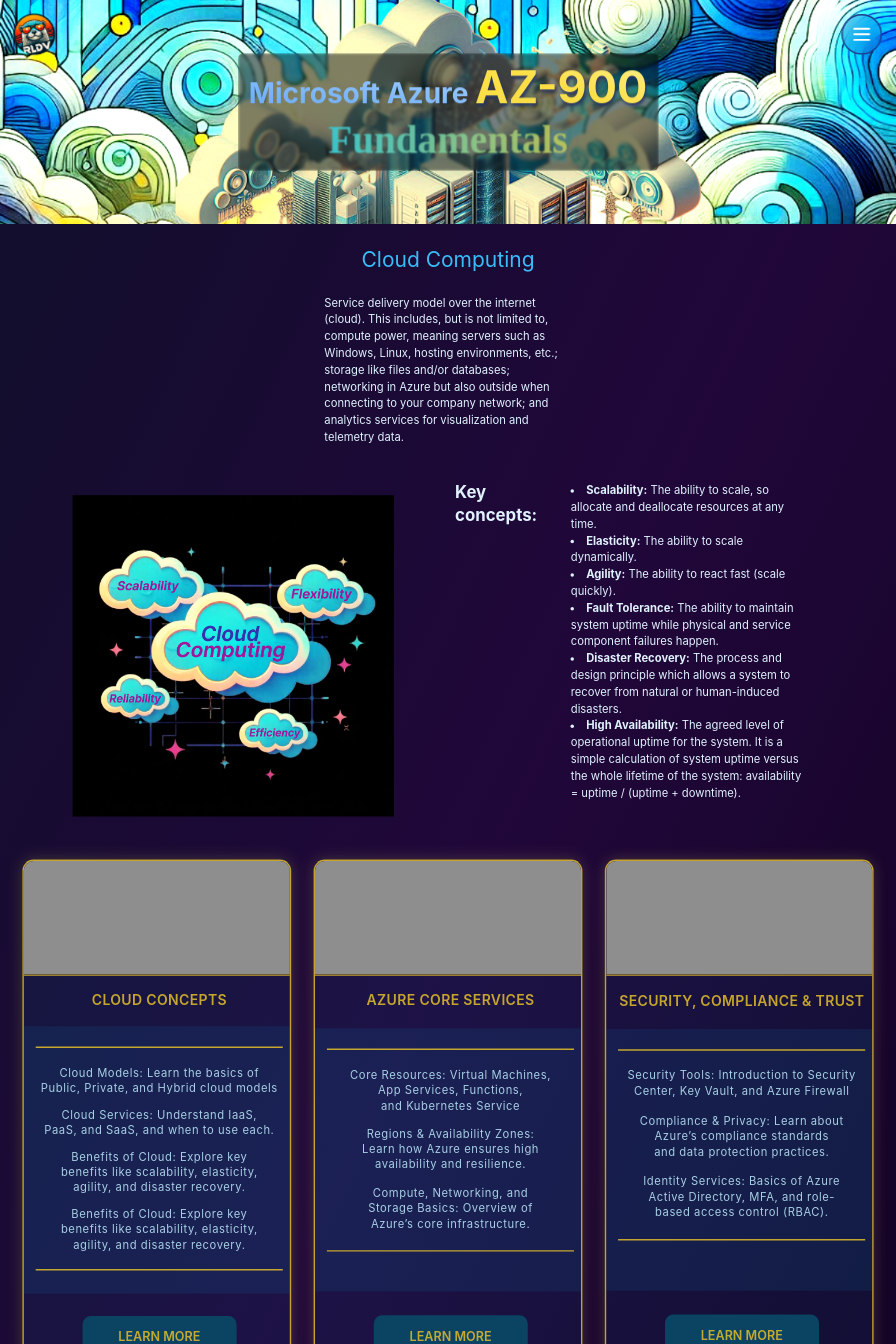
Repository: Freezler/az-900_svelte5
Page: /
These files come from the project's save history. The page is drawn as it stood at one moment and after the next save; the edit follows.
The browser window is 1280 px wide. The pictures show the part of the page from y = 0 to 1920 px (the page is 2706 px tall), at 70% of full size.
Pictures or frames that could not be fetched are drawn as grey boxes. The project was rebuilt for these pictures with package versions that can differ from the ones it lists, and the page was loaded fresh each time. The framework's server and built-in components were replaced by stand-ins that run in the browser. Also part of the build but not shown: vite.config.ts.

Above is the page before, as saved 2024-11-10 11:01:48.

### src/app.html
<!doctype html>
<html lang="en">
	<head>
		<meta charset="utf-8" />
		<link rel="icon" href="%sveltekit.assets%/favicon.png" />
		<meta name="viewport" content="width=device-width, initial-scale=1" />
		%sveltekit.head%
	</head>
	<body data-sveltekit-preload-data="hover" >
		<div style="display: contents">%sveltekit.body%</div>
	</body>
</html>

### src/routes/+layout.svelte
<script lang="ts">
	import '../app.css';
	let { children } = $props();

</script>

<div class="bg-gradient-to-br from-[#0d0c28fc] via-[#1b0135f9] to-[#10021e] bg-cover bg-center bg-no-repeat ">{@render children()}</div>

### src/routes/+page.svelte
<script lang="ts">
	import ComputingArticle from '../components/ComputingArticle.svelte';

	import Toggle from '../components/Toggle.svelte';
	import Header from '../components/Header.svelte';
	import Popover from '../components/Menu.svelte';
	import Cards from '../components/Cards.svelte';
	import Login from '../components/Login.svelte';
</script>

<header class="">
	<Popover />
	<Header />
</header>
<main>
	<section>
		<ComputingArticle />
		<Cards />
	</section>
	<aside><Toggle /></aside>
	<footer><Login /></footer>
</main>

### src/app.css
@tailwind base;
@tailwind components;
@tailwind utilities;

:root {
  --text-color  : rgba(244, 205, 48, 0.888);
  --bg-color    : hsla(217, 87%, 3%, 0.298);
  --bg-color2   : hsla(299, 91%, 31%, 0.974);
  --bg-gradient : 135deg, rgba(237, 249, 10, .7) 0%, rgba(216, 204, 37, 0.7) 35%, rgba(0, 212, 255, 0.7) 100%;
  --bg-gradient2: 90deg, rgba(216, 204, 37, 0.5) 0%, rgba(0, 212, 255, 0.5) 70%;
}

* {
  margin     : 0;
  padding    : 0;
  box-sizing : border-box;
  user-select: none;
  /* outline : 1px dotted red; */
}

body {
  font-family: 'Inter', sans-serif;


}

### src/components/ComputingArticle.svelte
<div class="grid items-center justify-center gap-8 place-self-center text-sky-100 w-[35ch] pt-8">
	<h2 class="text-3xl text-center text-sky-400">Cloud Computing</h2>
	<p>
		Service delivery model over the internet (cloud). This includes, but is not limited to, compute
		power, meaning servers such as Windows, Linux, hosting environments, etc.; storage like files
		and/or databases; networking in Azure but also outside when connecting to your company network;
		and analytics services for visualization and telemetry data.
	</p>
</div>

<section class="grid items-center grid-cols-1 lg:grid-cols-2 justify-center place-items-center place-self-center place-content-center gap-0	z-10 text-start">
	<img
		src="../public/images/cloud.png"
		alt="cloudSolutions"
		loading="lazy"

		class=" w-full md:w-[672px]  mx-auto rounded-2xl overflow-hidden  pr-12 -mt-8 drop-shadow-[(0_0px_22px_rgba(255,255,99,0.2))] "
	/>
	<article
		class=" text-sky-100 px-8 gap-8 flex  w-[572px] md:mr-28 rounded-xl "
	>
		<p class="text-2xl"><strong>Key concepts:</strong></p>
		<ul class="list-inside list-disc pl-4">
			<li>
				<strong>Scalability:</strong> The ability to scale, so allocate and deallocate resources at any
				time.
			</li>
			<li><strong>Elasticity:</strong> The ability to scale dynamically.</li>
			<li><strong>Agility:</strong> The ability to react fast (scale quickly).</li>
			<li>
				<strong>Fault Tolerance:</strong> The ability to maintain system uptime while physical and service
				component failures happen.
			</li>
			<li>
				<strong>Disaster Recovery:</strong> The process and design principle which allows a system to
				recover from natural or human-induced disasters.
			</li>
			<li>
				<strong>High Availability:</strong> The agreed level of operational uptime for the system. It
				is a simple calculation of system uptime versus the whole lifetime of the system: availability
				= uptime / (uptime + downtime).
			</li>
		</ul>
	</article>
</section>

### src/components/Toggle.svelte
<script lang="ts">

	let name = $state('Randy');
	let status: 'DARK' | 'LIGHT' = $state('DARK');
	let full_name = $derived(name + ' ' + 'de vries');

	function toggle() {
		status = status === 'DARK' ? 'LIGHT' : 'DARK';
	}

	function onclick() {
		status = status === 'DARK' ? 'LIGHT' : 'DARK';
		window.document.body.classList.toggle('dark-mode')
	}
</script>

<div class="max-w-[400px] mx-auto grid place-items-center items-center justify-center gap-2 border-2 p-4  py-8 my-4 bg-yellow-600/10">
		<p class="text-2xl font-serif text-white ">
			set theme: <span class="font-sans {status === 'LIGHT' ? 'text-gray-200' : 'text-red-900'}">{status}</span>
		</p>

		<!-- <button on:click={toggle}>toggle status</button> -->
		<button
			class=" w-[176px] rounded bg-blue-500 px-4 py-2 font-bold text-white hover:bg-blue-700 active:scale-[.98]"
			type="button"
			onclick={toggle}>Toggle theme</button
		>
	</div>

### src/components/Header.svelte
<script lang="ts">
	// Declare props
	let { name = 'AZ-900' } = $props();

	// Local state for the surname
	let surname = $state('Fundamentals');

	// Derived state for the full name
	let full_name = $derived(`${name} ${surname}`);
</script>

<div
	class="max-w-[100svw] z-100 mx-auto grid h-80 place-content-center place-items-center items-center justify-center bg-[url('/public/images/headImage.png')] bg-cover bg-top"
>
	<div class="grid backdrop-blur-[2px] px-4 rounded-lg backdrop-brightness-[.50] pb-4">
		<h1
			class="shadow-[rgba(7, 25, 224, 0.9)] drop bg-clip-text text-center text-[clamp(1rem,5vw,2.5rem)] font-bold text-transparent bg-gradient-to-tr from-blue-400 via-blue-300 to-blue-700  drop-shadow-[-2px_2px_2px_rgba(137, 25, 224, 0.9)]"
		>
			Microsoft Azure <span
				class="bg-gradient-to-tr from-yellow-300 via-yellow-300 to-yellow-200 bg-clip-text text-[clamp(2.8rem,5vw,8.5rem)] font-bold text-transparent drop-shadow-[2px_4px_2px_rgba(36,50,100,0.9)]"
				>{name}</span
			>
		</h1>
		<h3
			class="bg-clip-text text-6xl text-center text-[clamp(1rem,5vw,3.5rem)] font-[700] font-[montserrat] bg-gradient-to-r from-[hsl(192,88%,51%)] via-[--hsl(192,88%,71%)] to-[--text-color]  pb- text-transparent drop-shadow-[2px_4px_32px_rgba(6,100,150,0.9)] backdrop-brightness-[.90] "
		>
			{surname}
		</h3>
	</div>
</div>

### src/components/Menu.svelte
<script lang="ts">
	import { cubicInOut } from 'svelte/easing';
	import { fly } from 'svelte/transition';
	let showMenu: boolean = $state(false);


</script>

	<!-- Your existing code -->

<img
	src="/public/images/Design 2.png"
	alt="Ran form Logo"
	class="fixed left-[16px] top-[16px] w-[64px] rounded-full z-[200]"
/>
<button
	onclick={() => (showMenu = !showMenu)}
	class="fixed right-[20px] top-[20px] flex  h-[58px] w-[58px] items-center justify-center rounded-full bg-blue-600/20 backdrop-blur text-white border-2 border-blue-900"
>
	<svg
		xmlns="http://www.w3.org/2000/svg"
		class="h-8 w-8"
		fill="none"
		viewBox="0 0 24 24"
		stroke="currentColor"
	>
		{#if showMenu}
			<path
				stroke-linecap="round"
				stroke-linejoin="round"
				stroke-width="2"
				d="M6 18L18 6M6 6l12 12"
			/>
		{:else}
			<path
				stroke-linecap="round"
				stroke-linejoin="round"
				stroke-width="2"
				d="M4 6h16M4 12h16M4 18h16"
			/>
		{/if}
	</svg>
</button>

{#if showMenu}
	<ul
		class="items-center justify-center fixed bottom-0 right-0 z-100 grid h-[50vh] w-[100vw] border-t border-blue-900 place-content-center bg-blue-600/20 backdrop-blur text-white uppercase text-center text-xl z-[200]"
		transition:fly={{ y: 100, duration: 420, easing: cubicInOut }}
	>
		<li class="px-2 py-4 w-[80vw] underline underline-offset-4 transition-colors ease-linear duration-400 hover:bg-blue-600/20 rounded-t-lg  bg-blue-200/30">
			<a href="/">Home</a>
		</li>
		<li class=" px-2 py-4 transition-colors hover:underline underline-offset-4  ease-linear duration-400 hover:bg-blue-600/20  bg-blue-200/30">
			<a href="/concepts">Concepts</a>
		</li>
		<li class=" px-2 py-4 transition-colors hover:underline underline-offset-4 ease-linear duration-400 hover:bg-blue-600/20  bg-blue-200/30">
			<a href="/security">Security</a>
		</li>
		<li class="px-2 py-4 transition-colors  hover:underline underline-offset-4 ease-linear duration-400 hover:bg-blue-600/20 rounded-b-lg  bg-blue-200/30">
			<a href="/services">Services</a>
		</li>
	</ul>
{/if}

### src/components/Cards.svelte
<script>
	import { goto } from '$app/navigation';
	// Define your plans as an array of objects
	const concepts = [
		{
			url: 'concepts',
			image:
				'https://learn.microsoft.com/training/achievements/microsoft-azure-fundamentals-describe-cloud-concepts-social.png',
			name: 'Cloud Concepts',
			features: [
				'Cloud Models: Learn the basics of Public, Private, and Hybrid cloud models',
				'Cloud Services: Understand IaaS, PaaS, and SaaS, and when to use each.',
				'Benefits of Cloud: Explore key benefits like scalability, elasticity, agility, and disaster recovery.',
				'Benefits of Cloud: Explore key benefits like scalability, elasticity, agility, and disaster recovery.'

			]
		},
		{
			url: 'services',
			image:
				'https://images.unsplash.com/photo-1667372459510-55b5e2087cd0?q=80&w=1932&auto=format&fit=crop&ixlib=rb-4.0.3&ixid=M3wxMjA3fDB8MHxwaG90by1wYWdlfHx8fGVufDB8fHx8fA%3D%3D',
			name: 'Azure Core Services',
			features: [
				'Core Resources: Virtual Machines, App Services, Functions, and Kubernetes Service',
				'Regions & Availability Zones: Learn how Azure ensures high availability and resilience.',
				'Compute, Networking, and Storage Basics: Overview of Azure’s core infrastructure.'
			]
		},
		{
			url: 'security',
			image:
				'https://plus.unsplash.com/premium_photo-1700830452756-1a3f4314e564?q=80&w=1674&auto=format&fit=crop&ixlib=rb-4.0.3&ixid=M3wxMjA3fDB8MHxwaG90by1wYWdlfHx8fGVufDB8fHx8fA%3D%3D',
			name: 'Security, Compliance & Trust',
			features: [
				'Security Tools: Introduction to Security Center, Key Vault, and Azure Firewall',
				'Compliance & Privacy: Learn about Azure’s compliance standards and data protection practices.',
				'Identity Services: Basics of Azure Active Directory, MFA, and role-based access control (RBAC).'
			]
		}
	];
</script>

<section
	class="z-10 grid grid-rows-1 gap-8 py-8 md:grid-cols-2 md:gap-8 md:px-8 xl:grid-cols-3"
>
	{#each concepts as concept}
		<div
			class=" pt-1  grid grid-rows-[148px_64px_auto_auto] place-items-center overflow-hidden rounded-2xl border-2 border-[--text-color] bg-sky-600/10 pb-9 shadow-[0_0px_22px_rgba(255,255,99,0.2)] brightness-90 transition duration-700 hover:scale-[1.001] hover:border-[hsla(184,69%,60%,1)] hover:shadow-[2px_6px_12px_rgba(22,125,22,0.9)]"
		>
			<img
				src={concept.image}
				class=" z-10 h-[172px] pt-2  w-full border-b-2 border-[--text-color] object-cover object-center hover:border-[hsla(184,69%,60%,1)]"
				loading="lazy"
				alt="concept"
			/>
			<div class="row-span-2 grid grid-cols-subgrid place-items-center items-center justify-center">
				<h2 class="] mt-[28px] text-xl font-semibold uppercase tracking-wide text-[--text-color]">
					{concept.name}
				</h2>
			</div>

			<div
				class=" row-span-12 my-5 w-full grid grid-rows-subgrid place-items-start items-start gap-4 text-pretty border border-transparent bg-sky-500/10 px-4 pt-7 pb-6 text-center"
			>
				{#each concept.features as feature}
					<h3
						class="border-b-1 mx-auto  grid w-[35ch]  grid-rows-subgrid text-balance border-[--text-color] px-0 text-[14px] font-normal leading-snug tracking-wider text-sky-200 py-0 first:border-t-2 first:pt-6 last:pb-6 last:border-b-2 lg:text-[16px] border-s-fuchsia-400 ">
						{feature}
					</h3>
				{/each}
			</div>
			<button
				type="button"
				class="mx-auto mt-3 w-[220px] grid-cols-subgrid rounded-xl border-[2px_solid_var(--text-color)] bg-sky-900 px-8 py-4 text-base font-semibold uppercase text-[--text-color] transition duration-[420ms] hover:bg-sky-500 hover:text-white hover:shadow-[2px_2px_22px_rgb(65,183,255,0.9)] md:text-lg lg:text-lg"
				><a href="/{concept.url}">Learn more</a></button
			>
		</div>
	{/each}
</section>

### src/components/Login.svelte
<script>
	import { onMount } from 'svelte';
	let user = $state('Stranger');
	/**
	 * @param {any} response
	 */
	function googleLoginEndpoint(response) {
	  console.log('Google login successful:', response);
	}

	// onMount(() => {
	//   const script = document.createElement("script");
	//   script.src = "https://accounts.google.com/gsi/client";
	//   script.async = true;
	//   script.defer = true;
	//   document.head.appendChild(script);
	// });
</script>

<div class="relative flex min-h-[60vh] items-center justify-center py-16 ">
	<div class="flex w-full max-w-4xl flex-col overflow-hidden rounded-lg shadow-lg md:flex-row">
		<!-- Left side: Logo and Welcome message -->
		<div
			class="flex flex-col items-center justify-center bg-[url('/public/images/headImage.png')] bg-cover bg-center object-cover p-14 text-white md:w-1/2 "
		>
			<img
				src="/public/images/Design 2.png"
				alt="Ran form Logo"
				class="mb-4 h-40 w-40 rounded-full"
			/>
			<h2 class="text-2xl font-semibold p-2 rounded-xl bg-slate-600/50  ">Good Evening {user}!</h2>
			<p class="mt-2 text-center text-lg rounded-xl bg-slate-600/50  p-2 ">Log in to your account!</p>
		</div>

		<!-- Right side: Login Form -->
		<div
			class="flex flex-col items-center justify-center  h-[50vh] bg-blue-600/40 backdrop-blur pt-8 "
		>
			<!-- Google Login Button -->
			<div
				id="g_id_onload"
				data-client_id="YOUR_GOOGLE_CLIENT_ID"
				data-context="signin"
				data-callback="googleLoginEndpoint"
				data-close_on_tap_outside="false"
				data-prompt_parent_id="g_id_onload"
			></div>

			<button
				class="flex w-3/5 items-center justify-center space-x-2 rounded-full border border-gray-300 bg-white py-2 shadow-md hover:bg-gray-50 focus:outline-none"
			>
				<span class="fab fa-google text-gray-500"></span>
				<span class="text-gray-700">Continue with Google</span>
			</button>

			<!-- Divider -->
			<div class="my-4 flex w-full items-center">
				<hr class="flex-grow border-t border-gray-300" />
				<span class="px-3 text-gray-500">OR</span>
				<hr class="flex-grow border-t border-gray-300" />
			</div>

			<!-- Email Login Button -->
			<button
				class="flex w-3/5 items-center justify-center space-x-2 rounded-full border border-gray-300 bg-white py-2 shadow-md hover:bg-gray-50 focus:outline-none"
			>
				<span class="fa fa-user text-gray-500"></span>
				<span class="text-gray-700">Enter Email & Password</span>
			</button>

			<!-- Sign up and Terms Links -->
			<div class=" w-full text-center">
				<p class="text-sm text-red-300">
					Don't have an account? <a href="_blank" class="text-blue-600 hover:underline">Sign up</a>
				</p>
				<p class="mt-0 text-xs text-gray-500 w-[50ch]">
					By continuing, you agree to our <a href="_blank" target="_blank" class="hover:underline"
						>Terms of Service</a
					>
					and
					<a href="_blank" target="_blank" class="hover:underline">Privacy Policy</a>.
				</p>
			</div>
		</div>
	</div>
</div>

### tailwind.config.ts
import aspectRatio from '@tailwindcss/aspect-ratio';
import containerQueries from '@tailwindcss/container-queries';
import forms from '@tailwindcss/forms';
import typography from '@tailwindcss/typography';
// import type { Config } from 'tailwindcss';

export default {
	content: ['./src/**/*.{html,js,svelte,ts}'],


	theme: {
		extend: {
			animation: {



			},

			keyframes: {

			}

		}
	},

	plugins: [typography, forms, containerQueries, aspectRatio]
}

After the next save:
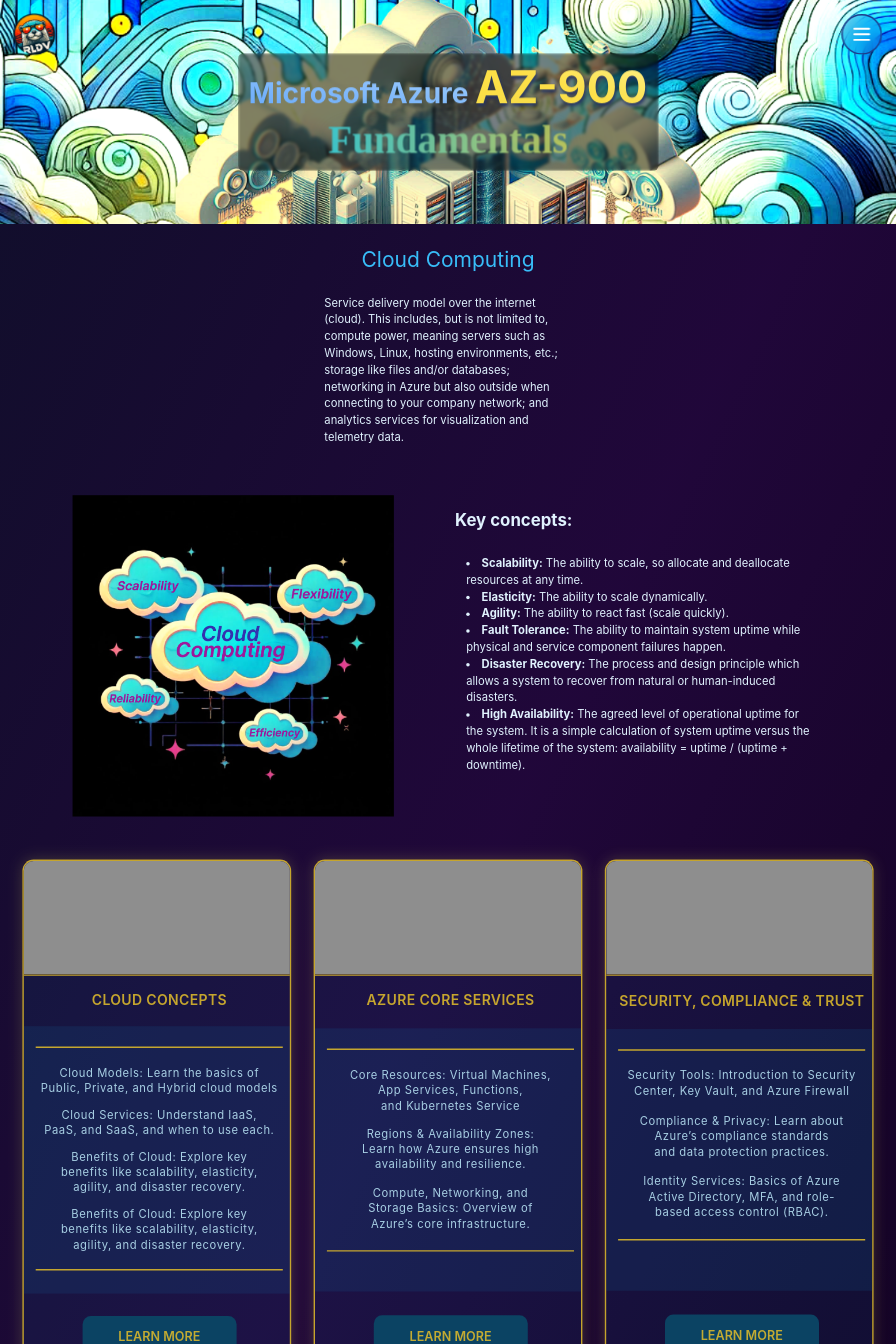
Saved 13 s later.
--- a/src/components/ComputingArticle.svelte
+++ b/src/components/ComputingArticle.svelte
@@ -17,7 +17,7 @@
 		class=" w-full md:w-[672px]  mx-auto rounded-2xl overflow-hidden  pr-12 -mt-8 drop-shadow-[(0_0px_22px_rgba(255,255,99,0.2))] "
 	/>
 	<article
-		class=" text-sky-100 px-8 gap-8 flex  w-[572px] md:mr-28 rounded-xl "
+		class=" text-sky-100 px-8 gap-8 flex flex-col w-[572px] md:mr-28 rounded-xl "
 	>
 		<p class="text-2xl"><strong>Key concepts:</strong></p>
 		<ul class="list-inside list-disc pl-4">
